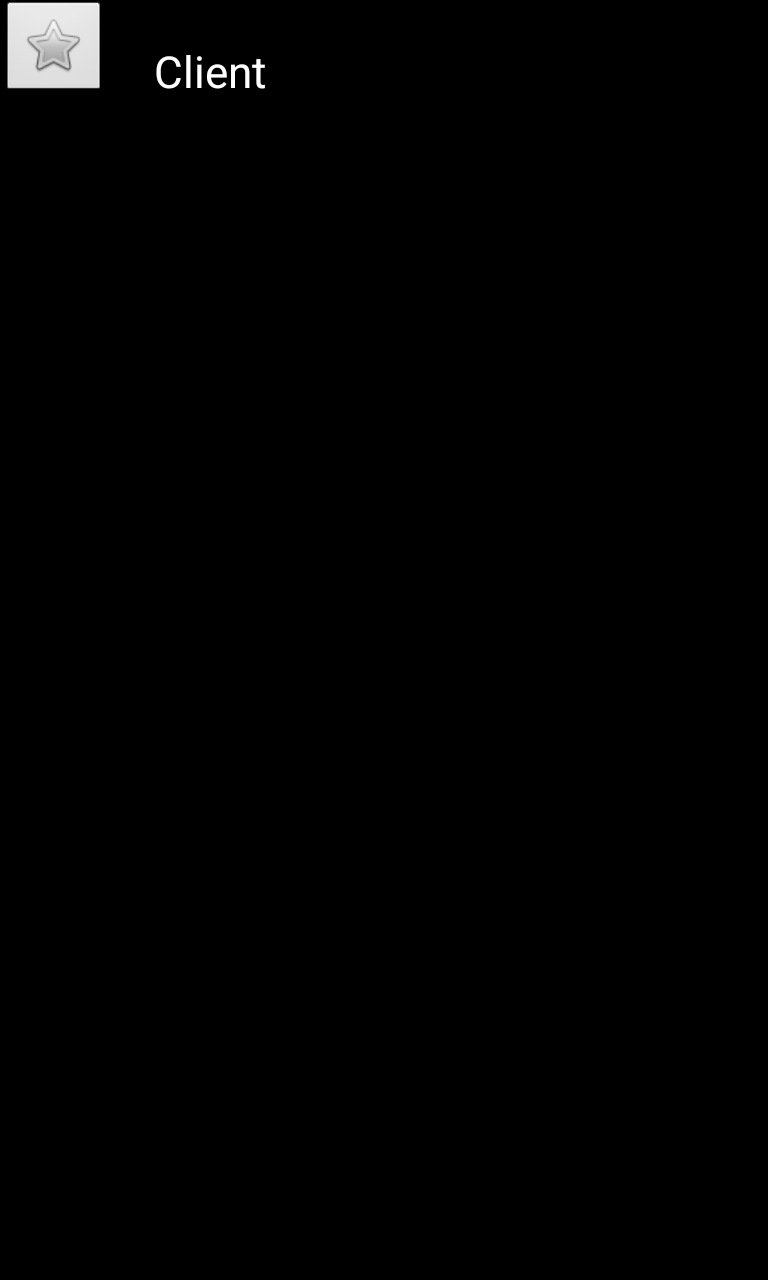
Repository: codingricky/android-expense-it
Layout: expenseit/res/layout/receiptlistrow.xml
An editor plug-in stored every save of this project. The layout is shown before and after the next save, followed by the edit.
It is drawn on a 768 x 1280 px phone screen (xhdpi) without system bars, with theme android:Theme; the app's code is not run.

Above is the layout before, as saved 2012-05-01 21:03:06.

After the next save:
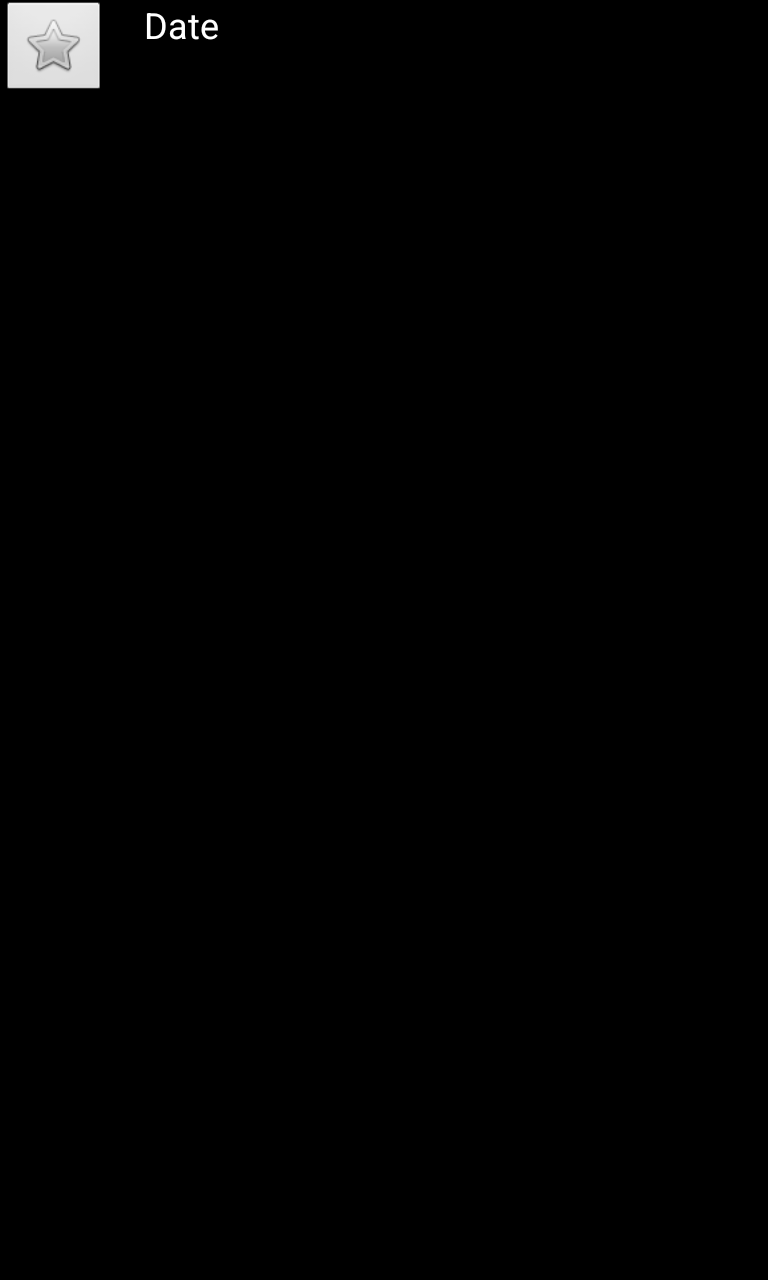
Saved 27 s later.
--- a/expenseit/res/layout/receiptlistrow.xml
+++ b/expenseit/res/layout/receiptlistrow.xml
@@ -13,13 +13,13 @@
             android:src="@android:drawable/btn_star" />
 
         <TextView
-            android:id="@+id/receiptRowClient"
+            android:id="@+id/textView1"
             android:layout_width="wrap_content"
             android:layout_height="wrap_content"
-            android:layout_alignBottom="@+id/imageButton1"
-            android:layout_marginLeft="23dp"
+            android:layout_alignParentTop="true"
+            android:layout_marginLeft="18dp"
             android:layout_toRightOf="@+id/imageButton1"
-            android:text="Client"
-            android:textAppearance="?android:attr/textAppearanceLarge" />
+            android:text="Date"
+            android:textAppearance="?android:attr/textAppearanceMedium" />
 
     </RelativeLayout>
